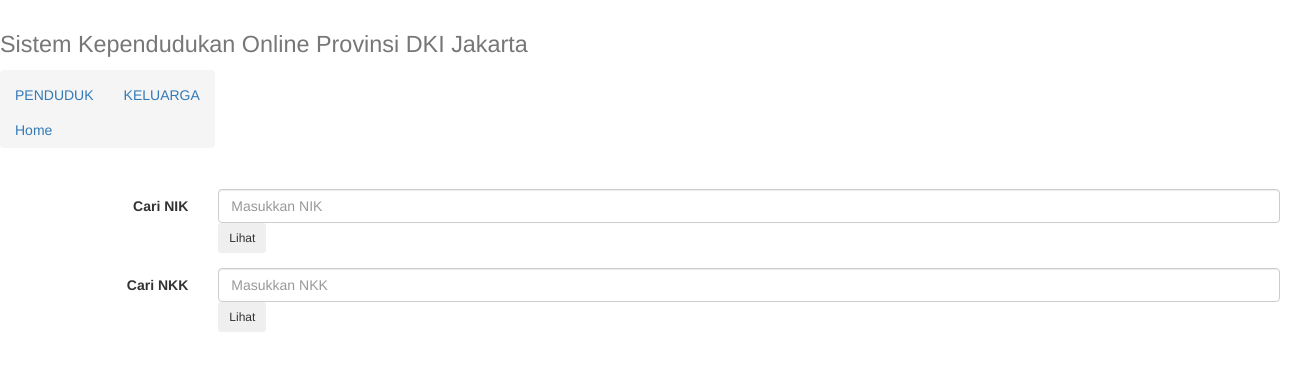
Repository: apap-2017/tugas1_1406544135
Page: http://localhost/index
These files come from the project's save history. The page is drawn as it stood at one moment and after the next save; the edit follows.
The browser window is 1280 px wide. The page is 1295 px wide, so the pictures cover 1295 px, including what lies to the right of the window. The pictures show the whole page.
The page is this project's Thymeleaf template; nobody is signed in. The template is opened directly, without the code that normally fills it, so the values that code supplies are empty.

Above is the page before, as saved 2017-10-20 03:50:29.

After the next save:
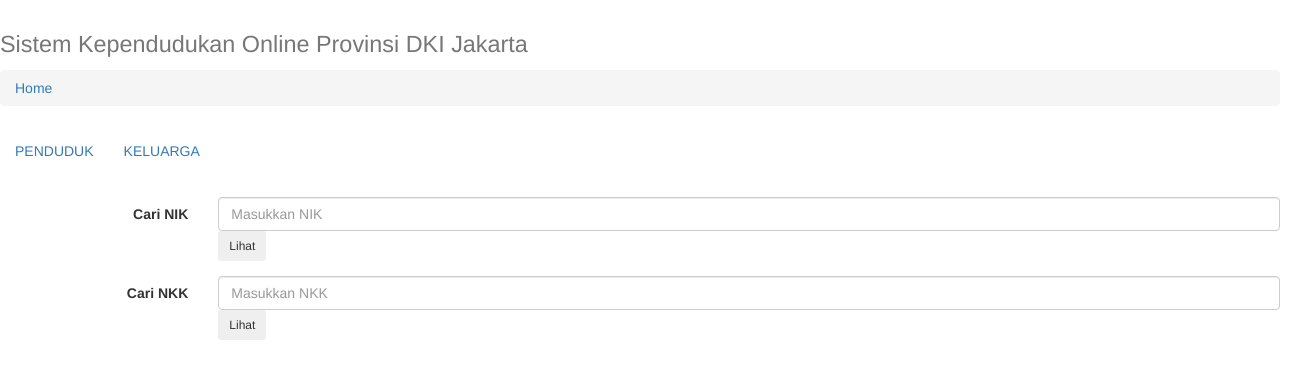
Saved 18 s later.
--- a/Tugas1_1406544135/src/main/resources/templates/index.html
+++ b/Tugas1_1406544135/src/main/resources/templates/index.html
@@ -13,18 +13,16 @@
 		<h1>
 			<small>Sistem Kependudukan Online Provinsi DKI Jakarta</small>
 		</h1>
+		<ol class="breadcrumb">
+			<li><a th:href="@{/}">Home</a></li>
+		</ol>
+	</section>
+
+	<nav class="navbar navbar-static-top" role="navigation">
 		<ul class="nav navbar-nav">
 			<li><a th:href="@{/penduduk/}">PENDUDUK</a></li>
 			<li><a th:href="@{/keluarga/}">KELUARGA</a></li>
-		<ol class="breadcrumb">
-			<li><a th:href="@{/}">Home</a></li>
-		</ol>
 		</ul>
-
-	</section>
-
-	<nav class="navbar navbar-static-top" role="navigation">
-
 	</nav>
 
 	<form class="form-horizontal" action="/penduduk" method="get">
